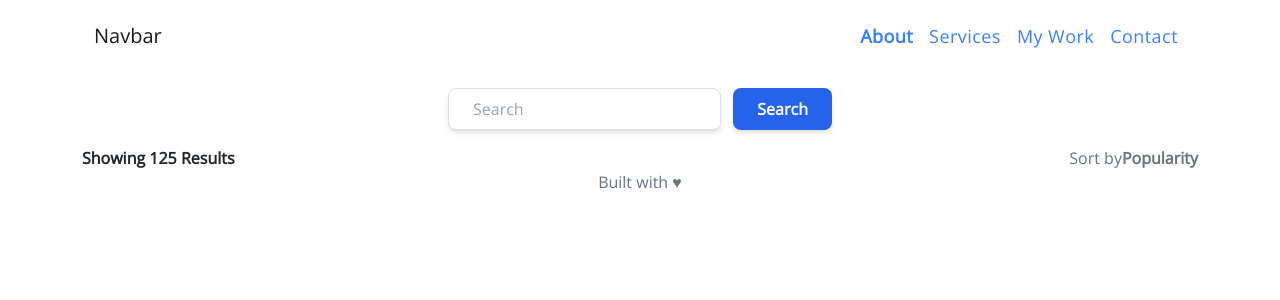
Repository: latenightsnacc/giggles
Page: HTML/search.html
The author's editor kept a copy of each file at every save. The page is drawn from the files as they stood at one save, then again after the next save.
The browser window is 1280 px wide. The pictures show the whole page.
Some web libraries are served in a nearby version.

Above is the page before, as saved 2021-01-04 11:50:44.

### HTML/search.html
<!DOCTYPE html>
<html lang="en">
<head>
    <meta charset="UTF-8">
    <meta name="viewport" content="width=device-width, initial-scale=1.0">
    <link href="https://cdnjs.cloudflare.com/ajax/libs/tailwindcss/2.0.2/tailwind.min.css" rel="stylesheet">
    <link rel="stylesheet" href="https://stackpath.bootstrapcdn.com/font-awesome/4.7.0/css/font-awesome.min.css" />
    <link href="https://cdn.jsdelivr.net/npm/bootstrap@5.0.0-beta1/dist/css/bootstrap.min.css" rel="stylesheet" integrity="sha384-giJF6kkoqNQ00vy+HMDP7azOuL0xtbfIcaT9wjKHr8RbDVddVHyTfAAsrekwKmP1" crossorigin="anonymous">
    <link rel="stylesheet" href="stylesheet.css">
    <title>Search Page</title>
</head>
<body class="overflow-x-hidden">
    <!--Navigation-->
    <header class="container">
        <nav class="navbar navbar-expand-lg navbar-light bg-white py-3">
            <div class="container-fluid">
                <a class="navbar-brand" href="search.html">Navbar</a>
                <button class="navbar-toggler" type="button" data-bs-toggle="collapse" data-bs-target="#navbarNavDropdown" aria-controls="navbarNavDropdown" aria-expanded="false" aria-label="Toggle navigation">
                    <span class="navbar-toggler-icon"></span>
                </button>
                <div class="collapse navbar-collapse" id="navbarNavDropdown">
                    <ul class="navbar-nav ml-auto">
                    <li class="nav-item">
                        <a class="nav-link text-lg hover:underline hover:font-bold tracking-wide leading-5 active" aria-current="page" href="#">About</a>
                    </li>
                    <li class="nav-item">
                        <a class="nav-link text-lg hover:underline hover:font-bold tracking-wide leading-5" href="#">Services</a>
                    </li>
                    <li class="nav-item">
                        <a class="nav-link text-lg hover:underline hover:font-bold tracking-wide leading-5" href="#">My Work</a>
                    </li>
                    <li class="nav-item">
                        <a class="nav-link text-lg hover:underline hover:font-bold tracking-wide leading-5" href="#">Contact</a>
                    </li>
                    </ul>
                </div>
            </div>
        </nav>
    </header>
    <main>
        <!-- search form-->
        <div class="container">
            <form class="flex w-full max-w-sm mx-auto space-x-3 my-3">
                <input class="flex-1 appearance-none border border-transparent w-full py-2 px-4 bg-white text-gray-700 placeholder-gray-400 shadow-md rounded-lg text-base focus:outline-none focus:ring-2 focus:ring-blue-600 focus:border-transparent" type="search" placeholder="Search">
                <button class="flex-shrink-0 bg-blue-600 text-white text-base font-semibold py-2 px-4 rounded-lg shadow-md hover:bg-blue-700 focus:outline-none focus:ring-2 focus:ring-blue-500 focus:ring-offset-2 focus:ring-offset-blue-200" type="submit">
                  Search
                </button>
            </form>
        </div>

        <div class="container">
            <div class="flex flex-row w-100 justify-between">
                <div class="font-bold">Showing 125 Results</div>
                <div class="text-gray-500">Sort by<span class="font-semibold">Popularity</span> </div>
            </div>

        </div>
    </main>
    <footer class="text-center text-l text-blue-500 font-semibold">

        <p class="text-gray-500">Built with &hearts;</p>

    <script src="https://cdn.jsdelivr.net/npm/bootstrap@5.0.0-beta1/dist/js/bootstrap.bundle.min.js" integrity="sha384-ygbV9kiqUc6oa4msXn9868pTtWMgiQaeYH7/t7LECLbyPA2x65Kgf80OJFdroafW" crossorigin="anonymous"></script>

</body>
</html>

### HTML/stylesheet.css
@import url('https://fonts.googleapis.com/css2?family=Montserrat:wght@400;700&family=Open+Sans:wght@300;400&display=swap');

h1, h2, h3, h4, h5, h6 {
    font-family: 'Montserrat', sans-serif;
}
.user-info h1 {
    line-height: 60px;
    font-size: 50px;
    font-weight: 700;
    margin-top: 20px;
}
.user-info h2 {
    line-height: 27px;
    font-size: 18px;
    font-weight: 400;
    margin-top: 15px;
}
.user-info span {
    line-height: 36px;
    font-size: 30px;
    font-weight: 600;
}
.user-info p {
    margin: 5px 0;
}
.user-info button {
    margin-top: 10px;
}
p, div, a, button {
    font-family: 'Open Sans', sans-serif;
    font-weight: 300;
}

.work-experience .row:hover .text {
    border:2px solid  #3b82f6;

}
.work-experience .row:hover .flex .no {
    border:1px solid #3b82f6;

}
.nav-link {
    color: #3b82f6 !important;
}
.nav-item .active{
    font-weight: 600;
}

After the next save:
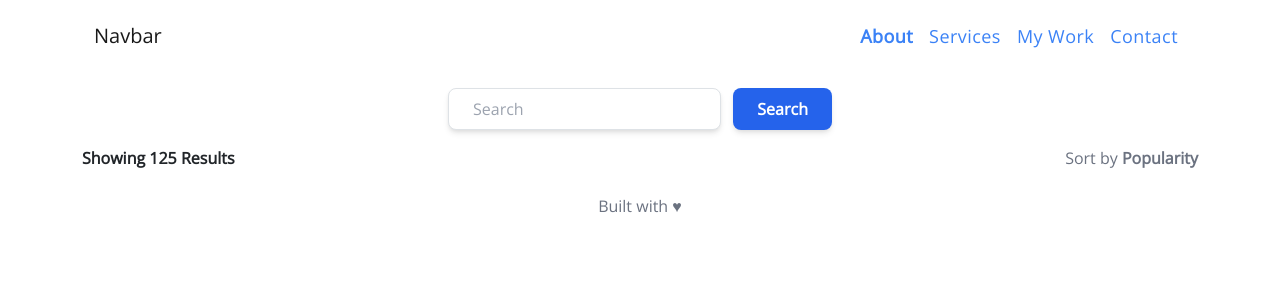
Saved 2 min 10 s later.
--- a/HTML/search.html
+++ b/HTML/search.html
@@ -51,9 +51,18 @@
         <div class="container">
             <div class="flex flex-row w-100 justify-between">
                 <div class="font-bold">Showing 125 Results</div>
-                <div class="text-gray-500">Sort by<span class="font-semibold">Popularity</span> </div>
+                <div class="text-gray-500">Sort by <span class="font-semibold">Popularity</span> </div>
             </div>
+        </div>
 
+        <div class="container">
+            <div class="row">
+                <div class="col-xs-12 col-sm-12 col-md-4 col-lg-4">
+                    <div class="max-w-sm hover:shadow-2xl">
+                        <i class="fa fa-speakers"></i>
+                    </div>
+                </div>
+            </div>
         </div>
     </main>
     <footer class="text-center text-l text-blue-500 font-semibold">
